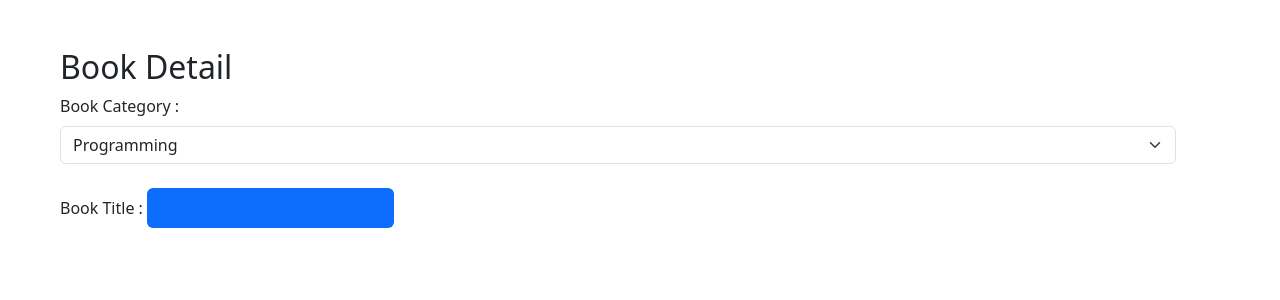
Repository: nyeinsu4520/coursera-test
Page: J2P_J2EE/src/main/webapp/bookOrderForm.html
The author's editor kept a copy of each file at every save. The page is drawn from the files as they stood at one save, then again after the next save.
The browser window is 1280 px wide. The pictures show the whole page.

Above is the page before, as saved 2024-05-27 13:42:00.

After the next save:
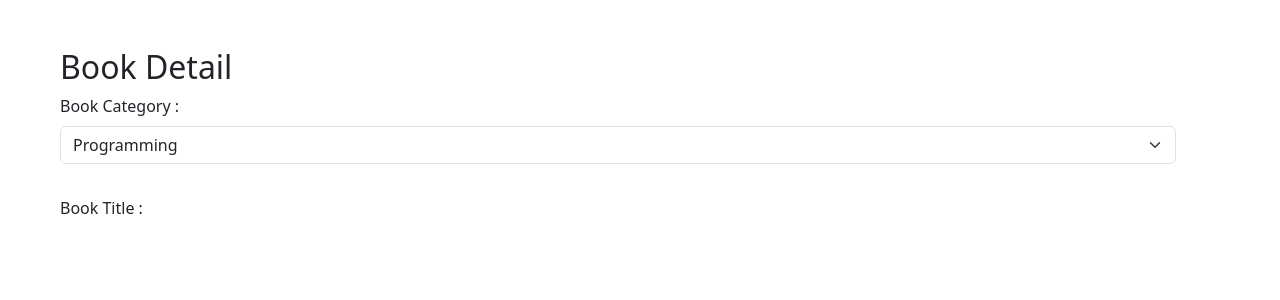
Saved 8 s later.
--- a/J2P_J2EE/src/main/webapp/bookOrderForm.html
+++ b/J2P_J2EE/src/main/webapp/bookOrderForm.html
@@ -20,7 +20,7 @@
     </div>
     <div class="mb-4">
        	<label for="booktitle" class="form-label">Book Title : </label>
-       	<input class="bg-primary text-white p-2 border-0 rounded">
+       	<input class="text-white p-2 border-0 rounded">
     </div>
 	</form>
 
